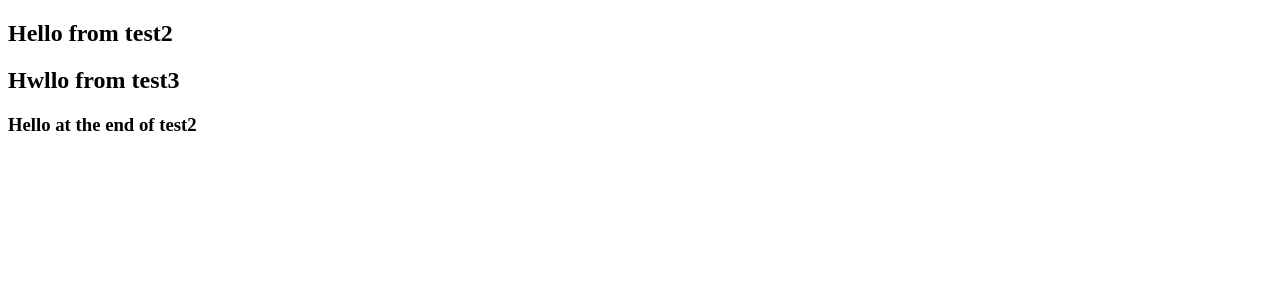
Repository: akshay399/adv-java-daywise
Page: http://localhost/day6.1_lab/test2.jsp
The author's editor kept a copy of each file at every save. The page is drawn from the files as they stood at one save, then again after the next save.
The browser window is 1280 px wide. The pictures show the whole page.
The page is served by Tomcat 9.

Above is the page before, as saved 2022-11-28 11:54:24.

### day6.1_lab/src/main/webapp/test2.jsp
<%@ page language="java" contentType="text/html; charset=UTF-8"
    pageEncoding="UTF-8"%>
<!DOCTYPE html>
<html>
<head>
<meta charset="UTF-8">
<title>test 2</title>
</head>
<body>
<h2>Hello from test2</h2>
<%@ include file="test3.jsp" %>
<h3>Hello at the end of test2</h3>
</body>
</html>

### day6.1_lab/src/main/webapp/test3.jsp
<%@ page language="java" contentType="text/html; charset=UTF-8"
    pageEncoding="UTF-8"%>
<!DOCTYPE html>
<html>
<head>
<meta charset="UTF-8">
<title>test3</title>
</head>
<body>
<h2>Hwllo from test3</h2>
</body>
</html>

After the next save:
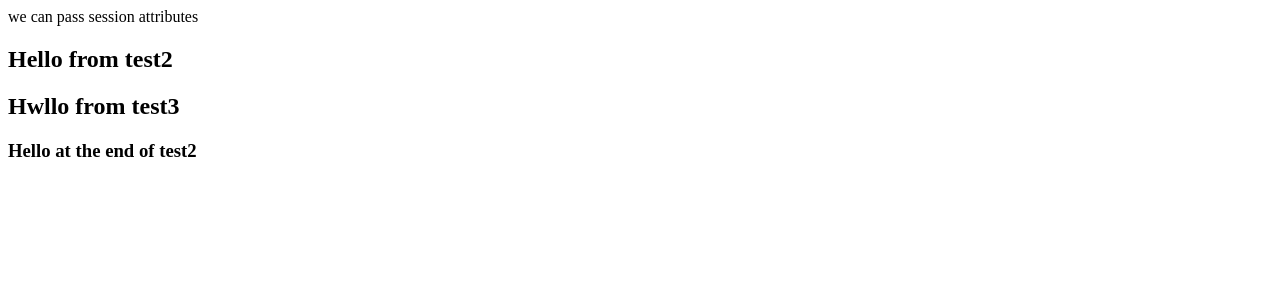
Saved 37 s later.
--- a/day6.1_lab/src/main/webapp/test2.jsp
+++ b/day6.1_lab/src/main/webapp/test2.jsp
@@ -7,6 +7,7 @@
 <title>test 2</title>
 </head>
 <body>
+we can pass session attributes
 <h2>Hello from test2</h2>
 <%@ include file="test3.jsp" %>
 <h3>Hello at the end of test2</h3>

After the save that followed:
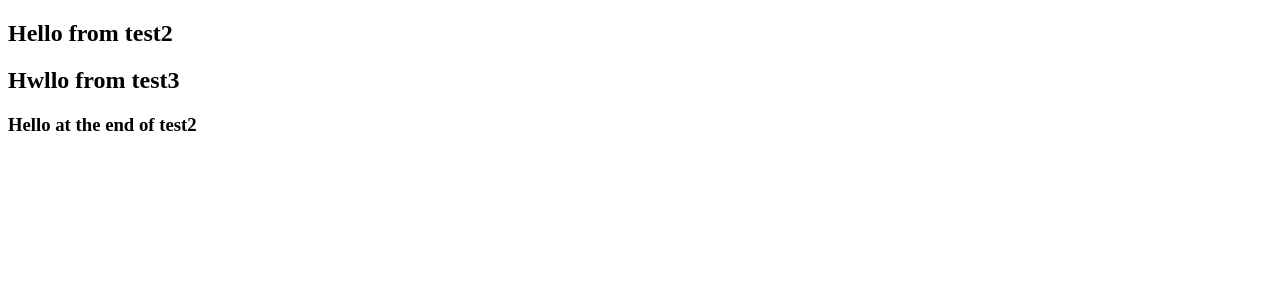
Saved 23 s later.
--- a/day6.1_lab/src/main/webapp/test2.jsp
+++ b/day6.1_lab/src/main/webapp/test2.jsp
@@ -7,7 +7,7 @@
 <title>test 2</title>
 </head>
 <body>
-we can pass session attributes
+<!--  we can pass session attributes-->
 <h2>Hello from test2</h2>
 <%@ include file="test3.jsp" %>
 <h3>Hello at the end of test2</h3>
